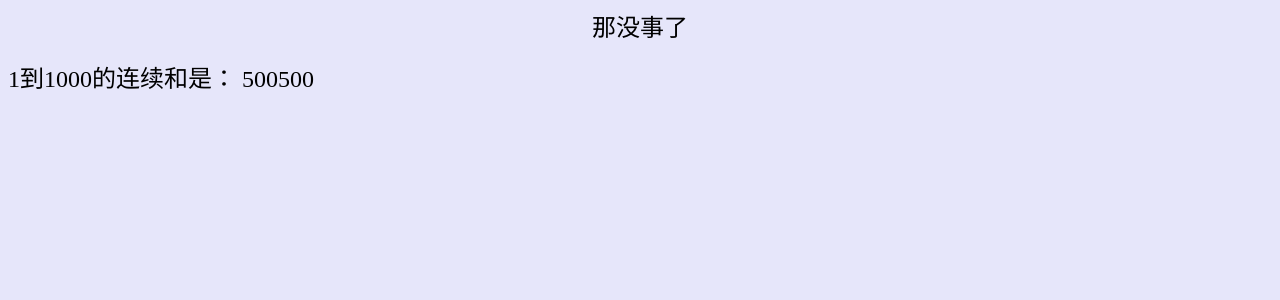
Repository: 871049921/MyCode
Page: http://localhost/Web-Test001/
These files come from the project's save history. The page is drawn as it stood at one moment and after the next save; the edit follows.
The browser window is 1280 px wide. The pictures show the whole page.
The page is served by Tomcat 9.

Above is the page before, as saved 2019-04-26 12:10:10.

After the next save:
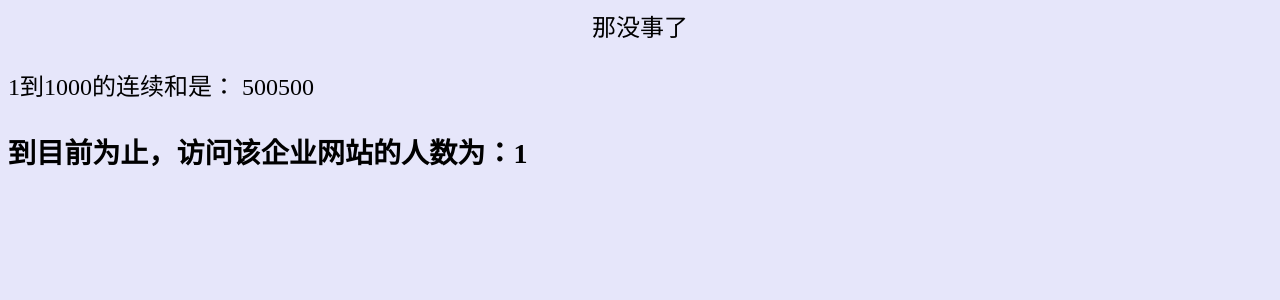
Saved 6 min 21 s later.
--- a/eclipse web-work/Web-Test001/WebContent/index.jsp
+++ b/eclipse web-work/Web-Test001/WebContent/index.jsp
@@ -18,6 +18,16 @@
 	%>
 	<p> 1到1000的连续和是：
 	<%=sum %>
+	<%
+		String count = (String)application.getAttribute("count");
+		if(count == null) {
+			count = "1";
+		} else {
+			count = Integer.parseInt(count) + 1 + "";
+		}
+		application.setAttribute("count", count);
+	%>
+	<%="<h3>到目前为止，访问该企业网站的人数为：" + count + "</h3><br>" %>
 	</font>
 </body>
 </html>
